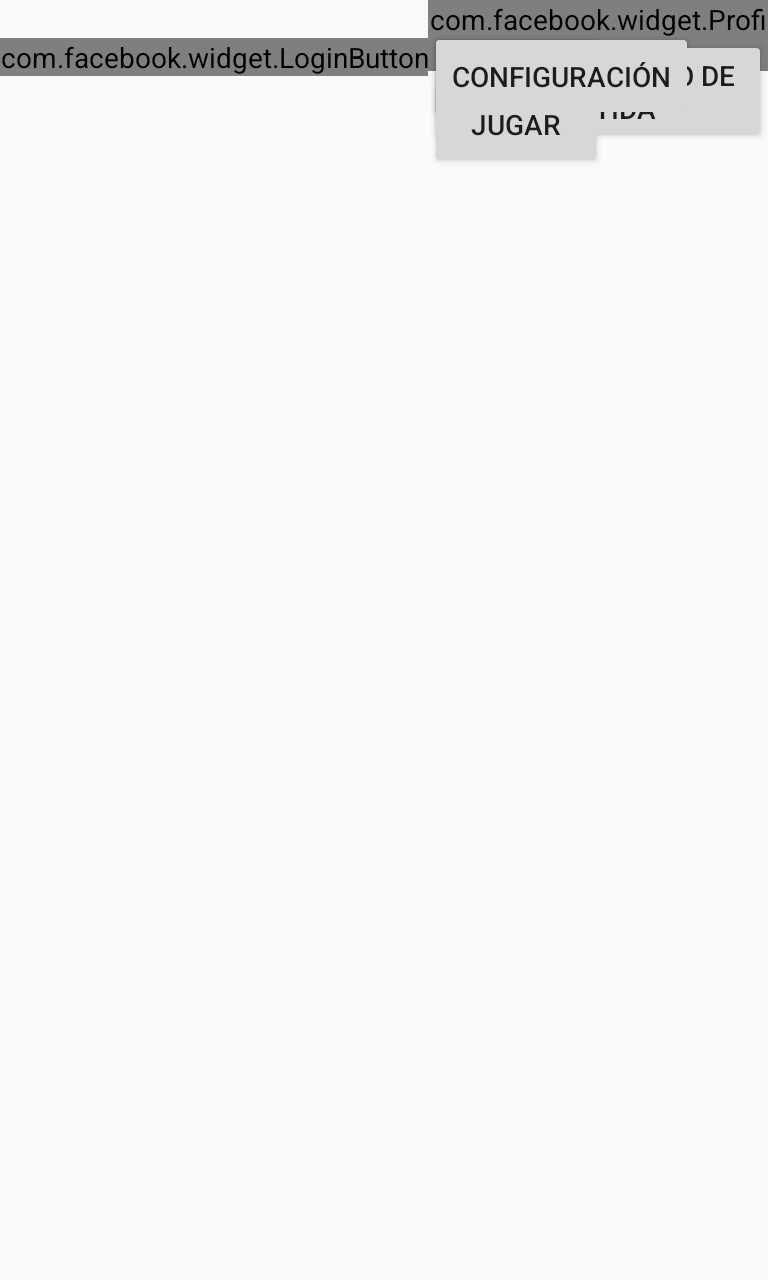
Repository: MVidi/juegos
Layout: SermoJuego/res/layout/pantallamenu.xml
These files come from the project's save history. The layout is drawn as it stood at one moment and after the next save; the edit follows.
Pictures or frames that could not be fetched are drawn as grey boxes. It is drawn on a 768 x 1280 px phone screen (xhdpi) without system bars, with theme AppTheme; the app's code is not run.

Above is the layout before, as saved 2014-08-11 16:50:09.

### SermoJuego/res/layout/pantallamenu.xml
<?xml version="1.0" encoding="utf-8"?>
<LinearLayout xmlns:android="http://schemas.android.com/apk/res/android"
    xmlns:fb="http://schemas.android.com/apk/res-auto"
    android:layout_width="match_parent"
    android:layout_height="match_parent"
    >

    <com.facebook.widget.LoginButton
        android:id="@+id/loginButton1"
        android:layout_width="wrap_content"
        android:layout_height="wrap_content"
        android:layout_marginTop="19dp"
        android:text="@string/registrate"
        fb:logout_text="Connecting with facebook" />

    <RelativeLayout
        android:layout_width="wrap_content"
        android:layout_height="match_parent" >

        <Button
            android:id="@+id/tipopartidaPM"
            android:layout_width="wrap_content"
            android:layout_height="wrap_content"
            android:layout_marginTop="18dp"
            android:text="@string/tipopartida" />

        <Button
            android:id="@+id/amigosPM"
            android:layout_width="wrap_content"
            android:layout_height="wrap_content"
            android:layout_marginTop="14dp"
            android:text="@string/amigos" />

        <Button
            android:id="@+id/jugarPM"
            android:layout_width="wrap_content"
            android:layout_height="wrap_content"
            android:layout_marginTop="38dp"
            android:onClick="empezarJuego"
            android:text="@string/jugar" />

        <Button
            android:id="@+id/configurarPM"
            android:layout_width="wrap_content"
            android:layout_height="wrap_content"
            android:layout_marginTop="14dp"
            android:text="@string/configurar" />

        <com.facebook.widget.ProfilePictureView
            android:id="@+id/profilePictureView1"
            android:layout_width="wrap_content"
            android:layout_height="wrap_content" >
        </com.facebook.widget.ProfilePictureView>
    </RelativeLayout>

</LinearLayout>

### SermoJuego/res/values/strings.xml
<?xml version="1.0" encoding="utf-8"?>
<resources>

    <string name="app_name">SERMO</string>
    <string name="hello_world">Hello world!</string>
    <string name="juego">¡Bienvenido a SERMO !</string>
    <string name="action_settings">Settings</string>
  	<string name="Usuario">Nombre de usuario</string>
  	<string name="Contrasena">Contraseña</string>
  	<string name="Aceptar">Aceptar</string>
  	<string name="Invitado">Invitado</string>
  	<string name="nuevoUsuario">Nuevo Usuario</string>
  	<string name="jugar">jugar</string>
  	<string name="amigos">Amigos</string>
  	<string name="configurar">Configuración</string>
  	<string name="tipopartida">Seleccione tipo de partida</string>
  	<string name="registrate">Usa tu usuario de facebook</string>
</resources>

Loaded but not shown: SermoJuego/res/values/styles.xml (common file); SermoJuego/res/values-v11/styles.xml (common file); SermoJuego/res/values-v14/styles.xml (common file)

After the next save:
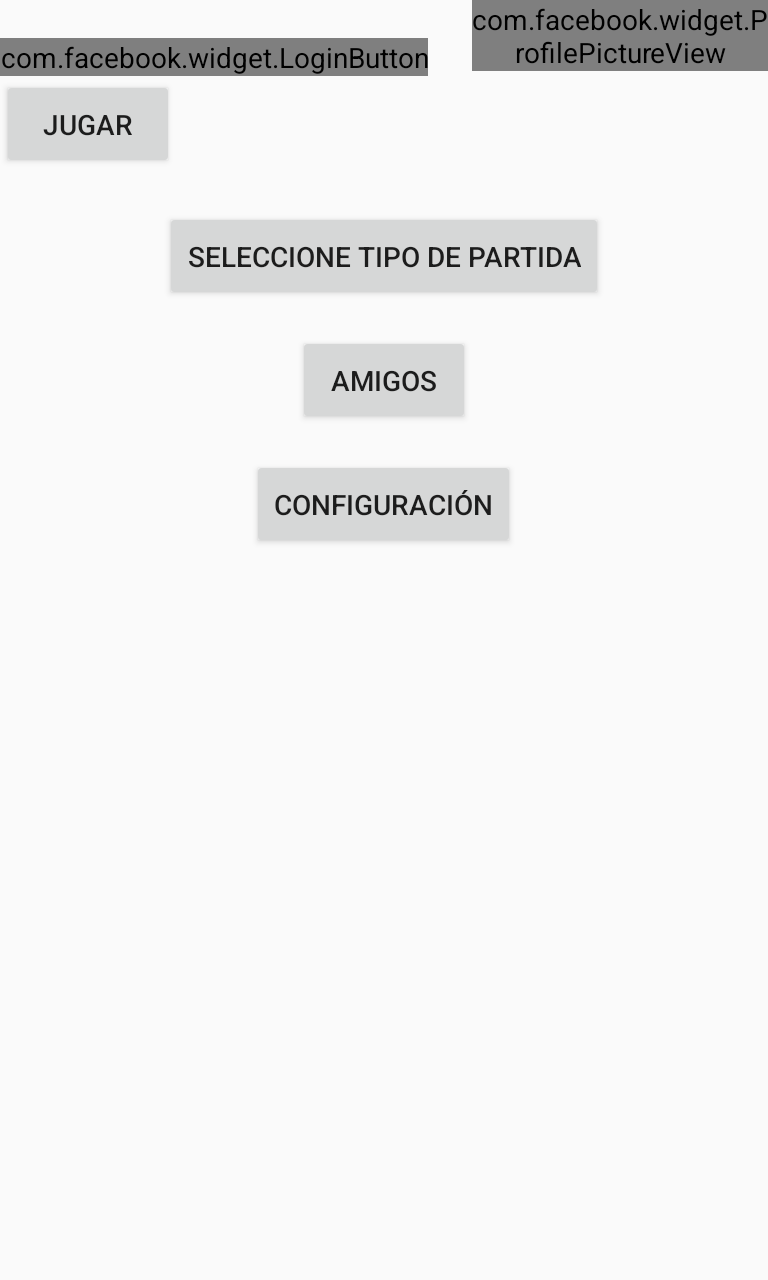
Saved 72 s later.
--- a/SermoJuego/res/layout/pantallamenu.xml
+++ b/SermoJuego/res/layout/pantallamenu.xml
@@ -1,56 +1,62 @@
 <?xml version="1.0" encoding="utf-8"?>
-<LinearLayout xmlns:android="http://schemas.android.com/apk/res/android"
+<RelativeLayout xmlns:android="http://schemas.android.com/apk/res/android"
     xmlns:fb="http://schemas.android.com/apk/res-auto"
     android:layout_width="match_parent"
     android:layout_height="match_parent"
     >
 
-    <com.facebook.widget.LoginButton
-        android:id="@+id/loginButton1"
+    <Button
+        android:id="@+id/configurarPM"
         android:layout_width="wrap_content"
         android:layout_height="wrap_content"
-        android:layout_marginTop="19dp"
-        android:text="@string/registrate"
-        fb:logout_text="Connecting with facebook" />
+        android:layout_below="@+id/amigosPM"
+        android:layout_centerHorizontal="true"
+        android:layout_marginTop="14dp"
+        android:text="@string/configurar" />
 
-    <RelativeLayout
+    <Button
+        android:id="@+id/amigosPM"
         android:layout_width="wrap_content"
-        android:layout_height="match_parent" >
+        android:layout_height="wrap_content"
+        android:layout_below="@+id/tipopartidaPM"
+        android:layout_centerHorizontal="true"
+        android:layout_marginTop="14dp"
+        android:text="@string/amigos" />
 
-        <Button
-            android:id="@+id/tipopartidaPM"
+    <Button
+        android:id="@+id/tipopartidaPM"
+        android:layout_width="wrap_content"
+        android:layout_height="wrap_content"
+        android:layout_below="@+id/jugarPM"
+        android:layout_centerHorizontal="true"
+        android:layout_marginTop="18dp"
+        android:text="@string/tipopartida" />
+
+    <Button
+        android:id="@+id/jugarPM"
+        android:layout_width="wrap_content"
+        android:layout_height="wrap_content"
+        android:layout_alignParentTop="true"
+        android:layout_marginTop="38dp"
+        android:onClick="empezarJuego"
+        android:text="@string/jugar" />
+
+    <com.facebook.widget.ProfilePictureView
+        android:id="@+id/profilePictureView1"
+        android:layout_width="wrap_content"
+        android:layout_height="wrap_content"
+        android:layout_alignParentTop="true"
+        android:layout_toRightOf="@+id/amigosPM" >
+    </com.facebook.widget.ProfilePictureView>
+
+
+        <com.facebook.widget.LoginButton
+            android:id="@+id/loginButton1"
             android:layout_width="wrap_content"
             android:layout_height="wrap_content"
-            android:layout_marginTop="18dp"
-            android:text="@string/tipopartida" />
+            android:layout_marginTop="19dp"
+            android:text="@string/registrate"
+            fb:logout_text="Connecting with facebook" />
 
-        <Button
-            android:id="@+id/amigosPM"
-            android:layout_width="wrap_content"
-            android:layout_height="wrap_content"
-            android:layout_marginTop="14dp"
-            android:text="@string/amigos" />
 
-        <Button
-            android:id="@+id/jugarPM"
-            android:layout_width="wrap_content"
-            android:layout_height="wrap_content"
-            android:layout_marginTop="38dp"
-            android:onClick="empezarJuego"
-            android:text="@string/jugar" />
-
-        <Button
-            android:id="@+id/configurarPM"
-            android:layout_width="wrap_content"
-            android:layout_height="wrap_content"
-            android:layout_marginTop="14dp"
-            android:text="@string/configurar" />
-
-        <com.facebook.widget.ProfilePictureView
-            android:id="@+id/profilePictureView1"
-            android:layout_width="wrap_content"
-            android:layout_height="wrap_content" >
-        </com.facebook.widget.ProfilePictureView>
-    </RelativeLayout>
-
-</LinearLayout>
+</RelativeLayout>
